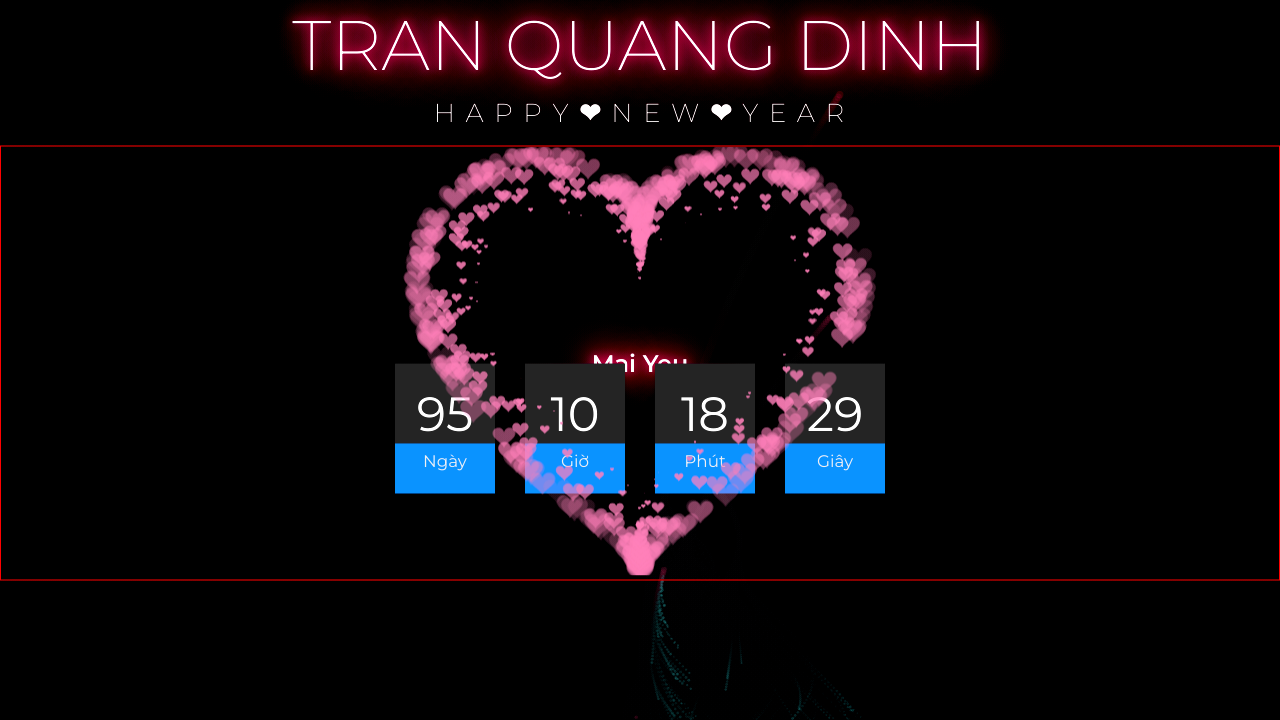
Repository: dinhtq-dev/heart-beat
Page: http://localhost/
These files come from the project's save history. The page is drawn as it stood at one moment and after the next save; the edit follows.
The browser window is 1280 px wide. The pictures show the whole page.
Some web libraries are served in a nearby version. The page is served by the project's Node server (app.js).

Above is the page before, as saved 2023-01-07 22:38:29.

### views/index.ejs
<!DOCTYPE html>
<html>
  <head>
    <meta charset="utf-8" />
    <link rel="preconnect" href="https://fonts.googleapis.com" />
    <link rel="preconnect" href="https://fonts.gstatic.com" crossorigin />
    <link
      href="https://fonts.googleapis.com/css2?family=Montserrat:wght@200;300;400;600&display=swap"
      rel="stylesheet"
    />
    <link href="css/main.css" rel="stylesheet" />
  </head>

  <body>
    <!-- <audio autoplay="autopaly">
      <source src="renxi.mp3" type="audio/mp3" />
    </audio> -->
    <!-- 星空html -->
    <!-- <div> -->
    <div class="container2">
      <div class="content">
        <canvas id="universe"></canvas>
      </div>
    </div>
    <!-- </div> -->
    <div class="title">
      <!-- EDIT HERE -->
      <h3 class="STARDUST1">2023</h3>
      <!-- <h1 class="STARDUST2">MT &amp; BN</h1> -->
      <h1 class="STARDUST2">TRAN QUANG DINH</h1>
      <!-- <h3 class="STARDUST3">L O V E <strong>❤</strong> Y O U</h3> -->
      <h3 class="STARDUST3">
        H A P P Y <strong>❤</strong> N E W <strong>❤</strong> Y E A R
      </h3>
      <!-- <img class="img" src="EDIT_ME.png" alt="JUNO_OKYO" /> -->
      <div class="container-fluid">
        <h2>Mai Yeu</h2>

        <div class="countdown">
          <div id="day"></div>
          <div id="hour"></div>
          <div id="minute"></div>
          <div id="second"></div>
        </div>
        <canvas id="pinkboard"></canvas>
      </div>
    </div>

    <script src="https://cdnjs.cloudflare.com/ajax/libs/jquery/1.10.2/jquery.min.js"></script>
    <script src="js/main.js"></script>
    <script src="js/particle.js"></script>
    <script src="js/universe.js"></script>
    <script src="js/time.js"></script>
  </body>
</html>

### app.js
const express = require("express");
const app = express();
const path = require("path");
const port = 3000;
// set the view engine to ejs
app.set("view engine", "ejs");
app.set("views", "./views");

app.use(express.static(path.join(__dirname, "public")));
// use res.render to load up an ejs view file

// index page
app.get("/", function (req, res) {
  res.render("index");
});

app.listen(port);
console.log("Server is listening on port", port);

### public/css/main.css
.more-pens {
  position: fixed;
  left: 20px;
  bottom: 20px;
  z-index: 10;
  font-family: "Montserrat";
  font-size: 12px;
}

a.white-mode,
a.white-mode:link,
a.white-mode:visited,
a.white-mode:active {
  font-family: "Montserrat";
  font-size: 12px;
  text-decoration: none; /* background: #212121; */
  padding: 4px 8px;
  color: #f7f7f7;
}

a.white-mode:hover,
a.white-mode:link:hover,
a.white-mode:visited:hover,
a.white-mode:active:hover {
  background: #edf3f8;
  color: #212121;
}

.title {
  z-index: 9999 !important;
  position: absolute;
  left: 50%;
  top: 42%;
  transform: translateX(-50%) translateY(-50%);
  font-family: "Montserrat";
  text-align: center;
  width: 100%;
}

.title h1 {
  z-index: 99;
  position: relative;
  color: #fff;
  font-weight: 100;
  font-size: 70px;
  padding: 0;
  margin: 0;
  line-height: 1;
  text-shadow: 0 0 10px #ff006c, 0 0 20px #ff006c, 0 0 30px #ff006c,
    0 0 40px #ff417d, 0 0 70px #ff417d, 0 0 80px #ff417d, 0 0 100px #ff417d,
    0 0 150px #ff417d;
}

.title h1 span {
  z-index: 99;
  font-weight: 600;
  padding: 0;
  margin: 0;
  color: #ffffff;
}

.title h3 {
  z-index: 99;
  font-weight: 200;
  font-size: 26px;
  padding: 0;
  margin: 0;
  line-height: 1;
  color: #ffffff;
  letter-spacing: 2px;
}

/* 爱心css */
canvas {
  position: absolute;
  width: 100%;
  height: 100%;
}

.img {
  position: absolute;
  left: 50%;
  top: 60%;
  transform: translate(-50%, -50%);
  width: 420px;
  height: 420px;
}

#pinkboard {
  position: relative;
  top: 0%;
  left: 0%;
  height: 429px;
}

.STARDUST1 {
  position: relative !important;
  top: -60px;
}

.STARDUST2 {
  position: relative !important;
  top: -40px;
}

.STARDUST3 {
  position: relative !important;
  top: -20px;
}

/* 星空css */
html,
body {
  padding: 0px;
  margin: 0px;
  width: 100%;
  height: 100%;
  position: fixed;
}

body {
  display: flex;
  justify-content: center;
  align-items: center;
  -webkit-filter: contrast(120%);
  filter: contrast(120%);
  background-image: radial-gradient(
    1600px at 70% 120%,
    rgba(33, 39, 80, 1) 10%,
    #020409 100%
  ) !important; /* background-color: black; */
}

.container2 {
  /* z-index: 8; */
  position: absolute;
  width: 100%;
  height: 100%;
  background-image: radial-gradient(
    1600px at 70% 120%,
    rgba(33, 39, 80, 1) 10%,
    #020409 100%
  ) !important;
}

.content {
  width: inherit;
  height: inherit;
  width: 100%;
  height: 100%;
  background-image: radial-gradient(
    1600px at 70% 120%,
    rgba(33, 39, 80, 1) 10%,
    #020409 100%
  ) !important;
}

#universe {
  width: 100%;
  height: 100%;
}

#footerContent {
  font-family: sans-serif;
  font-size: 110%;
  color: rgba(200, 220, 255, 0.3);
  width: 100%;
  position: fixed;
  bottom: 0px;
  padding: 20px;
  text-align: center;
  z-index: 20;
}

/* #footer {
  position: absolute;
  bottom: 0px;
  height: 300px;
  width: 100%;
} */
#scene {
  height: 100%;
  position: absolute;
  left: 50%;
  margin-left: -800px;
}

a {
  text-decoration: none;
  color: rgba(200, 220, 255, 1);
  opacity: 0.4;
  transition: opacity 0.4s ease;
}

a:hover {
  opacity: 1;
}

/* heart image: https://stackoverflow.com/a/51216413 */
img {
  /* width: 200px; */
  aspect-ratio: 1;
  object-fit: cover;
  --_m: radial-gradient(#000 69%, #0000 70%) 84.5% fill/100%;
  -webkit-mask-box-image: var(--_m);
  mask-border: var(--_m);
  clip-path: polygon(-41% 0, 50% 91%, 141% 0);
}

.container-fluid {
  border: 1px solid red;
  position: relative;
}

.container-fluid h2 {
  color: white;
  position: absolute;
  margin: 0;
  padding: 0;
  left: 50%;
  top: 50%;
  transform: translate(-50%, -50%);

  line-height: 1;
  text-shadow: 0 0 10px #ff006c, 0 0 20px #ff006c, 0 0 30px #ff006c,
    0 0 40px #ff417d, 0 0 70px #ff417d, 0 0 80px #ff417d, 0 0 100px #ff417d,
    0 0 150px #ff417d;
}

.container {
  position: absolute;
  top: 80px;
  left: 100px;
  right: 100px;
  bottom: 80px;
  background: url(https://images.unsplash.com/photo-1588392382834-a891154bca4d?ixid=MXwxMjA3fDB8MHxwaG90by1wYWdlfHx8fGVufDB8fHw%3D&ixlib=rb-1.2.1&auto=format&fit=crop&w=1589&q=80);
  background-attachment: fixed;
  display: flex;
  justify-content: center;
  align-items: center;
  flex-direction: column;
  box-shadow: 0 1px 1px rgba(0, 0, 0, 0.12), 0 2px 2px rgba(0, 0, 0, 0.12),
    0 4px 4px rgba(0, 0, 0, 0.12), 0 8px 8px rgba(0, 0, 0, 0.12),
    0 16px 16px rgba(0, 0, 0, 0.12);
}

.container h2 {
  text-align: center;
  font-size: 10em;
  line-height: 0.7em;
  color: #fff;
  margin-top: -80px;
}
.container h2 span {
  display: block;
  letter-spacing: 6px;
  font-size: 0.2em;
}

.countdown {
  display: flex;
  margin-top: 50px;
  position: absolute;
  left: 50%;
  top: 50%;
  transform: translate(-50%, -50%);
}

.countdown div {
  position: relative;
  width: 100px;
  height: 100px;
  line-height: 100px;
  text-align: center;
  background: #333;
  color: #fff;
  margin: 0 15px;
  font-size: 3em;
  box-shadow: 0 1px 1px rgba(0, 0, 0, 0.12), 0 2px 2px rgba(0, 0, 0, 0.12),
    0 4px 4px rgba(0, 0, 0, 0.12), 0 8px 8px rgba(0, 0, 0, 0.12),
    0 16px 16px rgba(0, 0, 0, 0.12);
}
.countdown div:before {
  content: "";
  position: absolute;
  bottom: -30px;
  left: 0;
  width: 100%;
  height: 50px;
  background: #1e90ff;
  color: #dddddd;
  font-size: 0.35em;
  line-height: 35px;
}

.countdown #day:before {
  content: "Ngày";
}
.countdown #hour:before {
  content: "Giờ";
}
.countdown #minute:before {
  content: "Phút";
}
.countdown #second:before {
  content: "Giây";
}

### public/js/main.js
let particles = [];
let microparticles = [];

const c1 = createCanvas({
  width: $(window).width(),
  height: $(window).height(),
});

const tela = c1.canvas;
const canvas = c1.context;

// $("body").append(tela);
$("body").append(c1.canvas);

class Particle1 {
  constructor(canvas) {
    this.random = Math.random();
    this.random1 = Math.random();
    this.random2 = Math.random();
    this.progress = 0;
    this.canvas = canvas;
    this.life = 1000 + Math.random() * 3000;

    this.x = $(window).width() / 2 + (Math.random() * 20 - Math.random() * 20);
    this.y = $(window).height();
    this.s = 2 + Math.random();
    this.w = $(window).width();
    this.h = $(window).height();
    this.direction = this.random > 0.5 ? -1 : 1;
    this.radius = 1 + 3 * this.random;
    this.color = "#ff417d";

    this.ID = setInterval(
      function () {
        microparticles.push(
          new microParticle(c1.context, {
            x: this.x,
            y: this.y,
          })
        );
      }.bind(this),
      this.random * 20
    );

    setTimeout(
      function () {
        clearInterval(this.ID);
      }.bind(this),
      this.life
    );
  }

  render() {
    this.canvas.beginPath();
    this.canvas.arc(this.x, this.y, this.radius, 0, 2 * Math.PI);
    // this.canvas.lineWidth = 2;
    this.canvas.shadowOffsetX = 0;
    this.canvas.shadowOffsetY = 0;
    // this.canvas.shadowBlur = 6;
    this.canvas.shadowColor = "#000000";
    this.canvas.fillStyle = this.color;
    this.canvas.fill();
    this.canvas.closePath();
  }

  move() {
    this.x -=
      this.direction * Math.sin(this.progress / (this.random1 * 430)) * this.s;
    this.y -= Math.cos(this.progress / this.h) * this.s;

    if (this.x < 0 || this.x > this.w - this.radius) {
      clearInterval(this.ID);
      return false;
    }

    if (this.y < 0) {
      clearInterval(this.ID);
      return false;
    }
    this.render();
    this.progress++;
    return true;
  }
}

class microParticle {
  constructor(canvas, options) {
    this.random = Math.random();
    this.random1 = Math.random();
    this.random2 = Math.random();
    this.progress = 0;
    this.canvas = canvas;

    this.x = options.x;
    this.y = options.y;
    this.s = 2 + Math.random() * 3;
    this.w = $(window).width();
    this.h = $(window).height();
    this.radius = 1 + this.random * 0.5;
    this.color = "#4EFCFE"; //this.random > .5 ? "#a9722c" : "#FFFED7"
  }

  render() {
    this.canvas.beginPath();
    this.canvas.arc(this.x, this.y, this.radius, 0, 2 * Math.PI);
    this.canvas.lineWidth = 2;
    this.canvas.fillStyle = this.color;
    this.canvas.fill();
    this.canvas.closePath();
  }

  move() {
    this.x -=
      Math.sin(this.progress / (100 / (this.random1 - this.random2 * 10))) *
      this.s;
    this.y += Math.cos(this.progress / this.h) * this.s;

    if (this.x < 0 || this.x > this.w - this.radius) {
      return false;
    }

    if (this.y > this.h) {
      return false;
    }
    this.render();
    this.progress++;
    return true;
  }
}

var random_life = 1000;

setInterval(
  function () {
    particles.push(new Particle1(canvas));
    random_life = 2000 * Math.random();
  }.bind(this),
  random_life
);

function clear() {
  let grd = canvas.createRadialGradient(
    tela.width / 2,
    tela.height / 2,
    0,
    tela.width / 2,
    tela.height / 2,
    tela.width
  );
  grd.addColorStop(0, "rgba(20,20,20,1)");
  grd.addColorStop(1, "rgba(0,0,0,0)");
  // Fill with gradient
  canvas.globalAlpha = 0.16;
  canvas.fillStyle = grd;
  canvas.fillRect(0, 0, tela.width, tela.height);
}

function blur(ctx, canvas, amt) {
  // ctx.filter = `blur(${amt}px)`
  // ctx.drawImage(canvas, 0, 0)
  // ctx.filter = 'none'
}

function update() {
  clear();
  particles = particles.filter(function (p) {
    return p.move();
  });
  microparticles = microparticles.filter(function (mp) {
    return mp.move();
  });
  requestAnimationFrame(update.bind(this));
}

function createCanvas(properties) {
  let canvas = document.createElement("canvas");
  canvas.width = properties.width;
  //   canvas.style.zIndex = 999;
  canvas.height = properties.height;
  let context = canvas.getContext("2d");
  return {
    canvas: canvas,
    context: context,
  };
}

update();

### public/js/universe.js
window.requestAnimationFrame =
  window.requestAnimationFrame ||
  window.mozRequestAnimationFrame ||
  window.webkitRequestAnimationFrame ||
  window.msRequestAnimationFrame;



this.draw = function() {
  universe.beginPath();

  if (this.giant) {
    universe.fillStyle = "rgba(" + giantColor + "," + this.opacity + ")";
    universe.arc(this.x, this.y, 2, 0, 2 * Math.PI, false);
  } else if (this.comet) {
    universe.fillStyle = "rgba(" + cometColor + "," + this.opacity + ")";
    universe.arc(this.x, this.y, 1.5, 0, 2 * Math.PI, false);

    //comet tail
    for (var i = 0; i < 30; i++) {
      universe.fillStyle =
        "rgba(" +
        cometColor +
        "," +
        (this.opacity - (this.opacity / 20) * i) +
        ")";
      universe.rect(
        this.x - (this.dx / 4) * i,
        this.y - (this.dy / 4) * i - 2,
        2,
        2
      );
      universe.fill();
    }
  } else {
    universe.fillStyle = "rgba(" + starColor + "," + this.opacity + ")";
    universe.rect(this.x, this.y, this.r, this.r);
  }

  universe.closePath();
  universe.fill();
};

this.move = function() {
  this.x += this.dx;
  this.y += this.dy;
  if (this.fadingOut === false) {
    this.reset();
  }
  if (this.x > width - width / 4 || this.y < 0) {
    this.fadingOut = true;
  }
};

(function() {
  setTimeout(function() {
    first = false;
  }, 50);
})();


function getProbability(percents) {
  return Math.floor(Math.random() * 1000) + 1 < percents * 10;
}

function getRandInterval(min, max) {
  return Math.random() * (max - min) + min;
}

function windowResizeHandler() {
  width = window.innerWidth;
  height = window.innerHeight;
  starCount = width * starDensity;
  circleRadius = width > height ? height / 2 : width / 2;
  circleCenter = {
    x: width / 2,
    y: height / 2,
  };

  canva.setAttribute("width", width);
  canva.setAttribute("height", height);
}

### public/js/time.js
/*Lấy thời gian tết âm lịch (mily giây)*/
var tetAmLich = new Date(2023, 1, 12, 0, 0, 0).getTime();

function newYear() {
  /*Lấy thời gian ngày hiện tại (mily giây) */
  var ngayHienTai = new Date().getTime();

  /*Tính thời gian còn lại (mily giây) */
  thoigianConLai = tetAmLich - ngayHienTai;

  /*Chuyển đơn vị thời gian tương ứng sang mili giây*/
  var giay = 1000;
  var phut = giay * 60;
  var gio = phut * 60;
  var ngay = gio * 24;

  /*Tìm ra thời gian theo ngày, giờ, phút giây còn lại thông qua cách chia lấy dư(%) và làm tròn số(Math.floor) trong Javascript*/
  var d = Math.floor(thoigianConLai / ngay);
  var h = Math.floor((thoigianConLai % ngay) / gio);
  var m = Math.floor((thoigianConLai % gio) / phut);
  var s = Math.floor((thoigianConLai % phut) / giay);

  /*Hiển thị kết quả ra các thẻ Div với ID tương ứng*/
  document.getElementById("day").innerText = d;
  document.getElementById("hour").innerText = h;
  document.getElementById("minute").innerText = m;
  document.getElementById("second").innerText = s;
}

/*Thiết Lập hàm sẽ tự động chạy lại sau 1s*/
setInterval(function () {
  newYear();
}, 1000);

Loaded but not shown: public/js/particle.js (278 lines, source omitted)

After the next save:
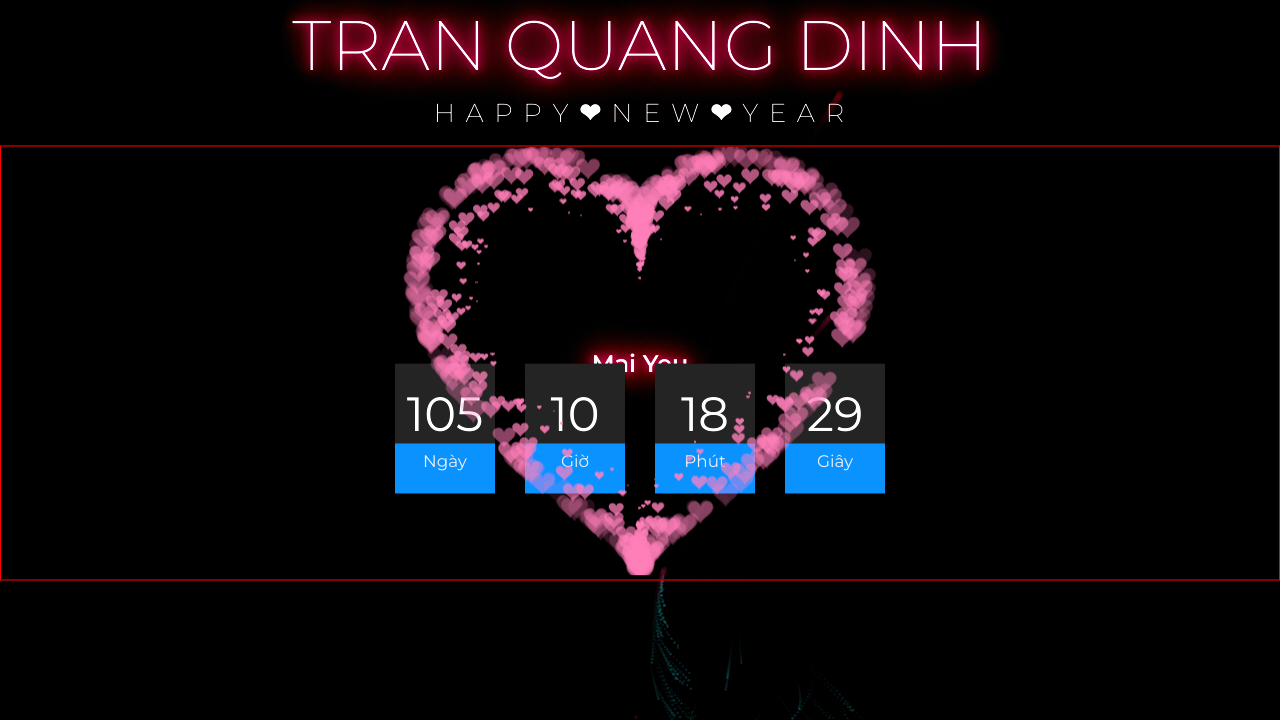
Saved 38 s later.
--- a/public/js/time.js
+++ b/public/js/time.js
@@ -1,5 +1,5 @@
 /*Lấy thời gian tết âm lịch (mily giây)*/
-var tetAmLich = new Date(2023, 1, 12, 0, 0, 0).getTime();
+var tetAmLich = new Date(2023, 1, 22, 0, 0, 0).getTime();
 
 function newYear() {
   /*Lấy thời gian ngày hiện tại (mily giây) */

After the save that followed:
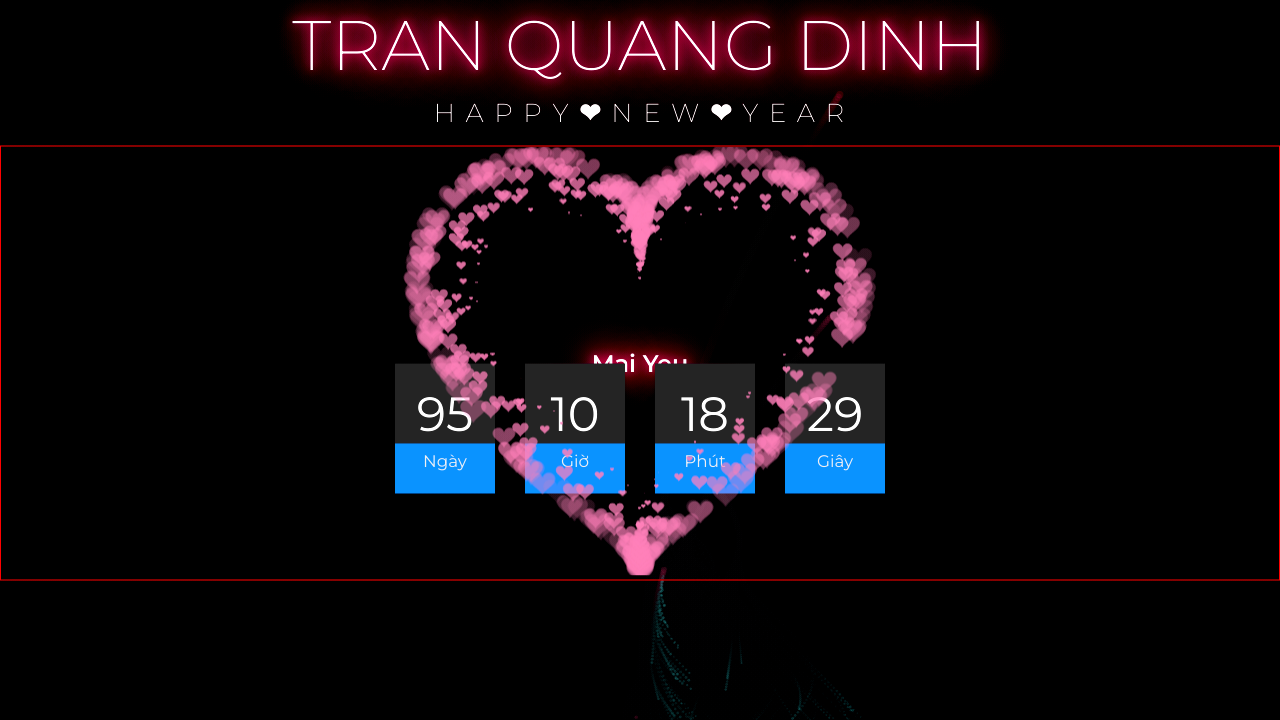
Saved 42 s later.
--- a/public/js/time.js
+++ b/public/js/time.js
@@ -1,5 +1,5 @@
 /*Lấy thời gian tết âm lịch (mily giây)*/
-var tetAmLich = new Date(2023, 1, 22, 0, 0, 0).getTime();
+var tetAmLich = new Date(2023, 1, 12, 0, 0, 0).getTime();
 
 function newYear() {
   /*Lấy thời gian ngày hiện tại (mily giây) */
